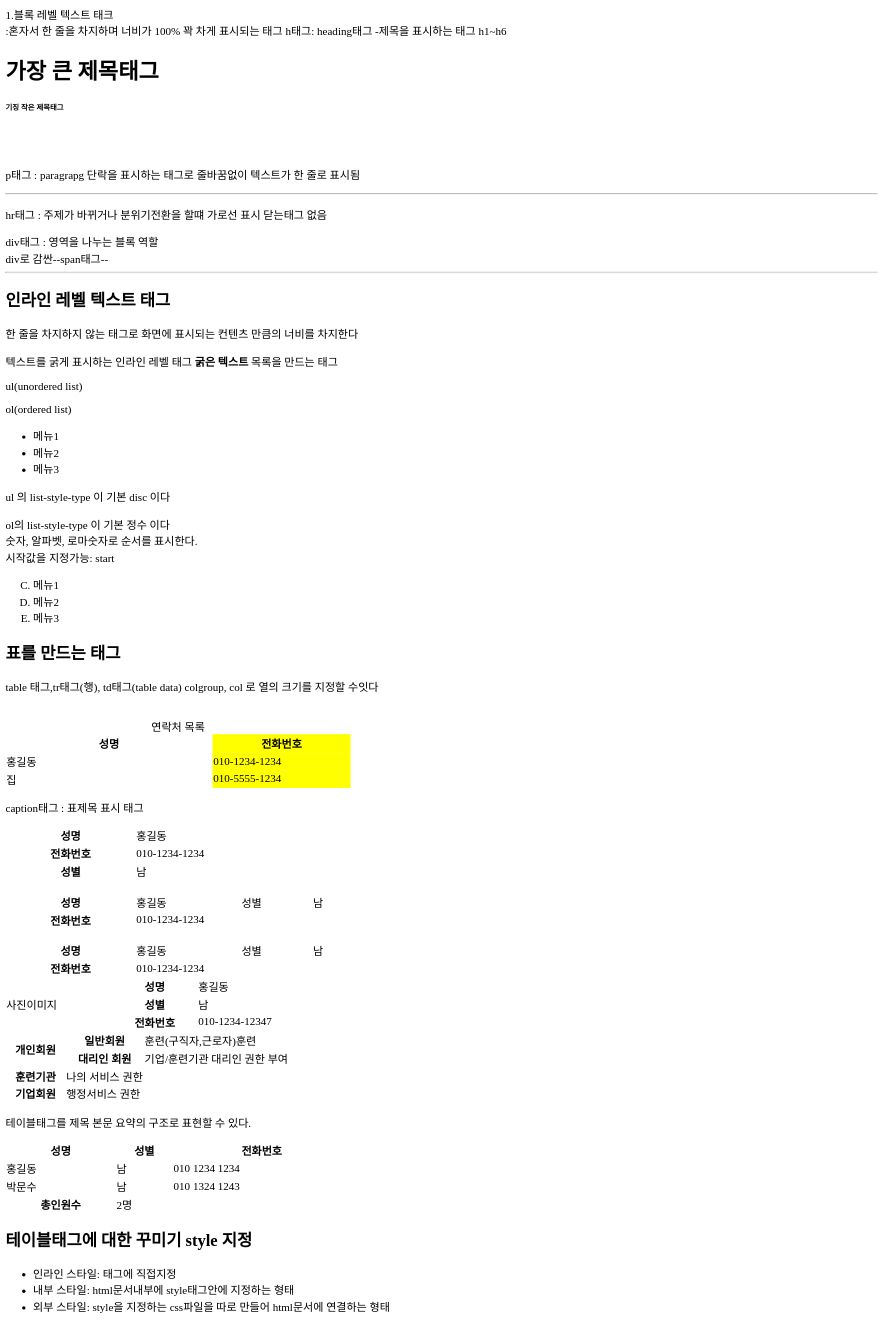
Repository: hana825/Web
Page: web/WebContent/index.html
The author's editor kept a copy of each file at every save. The page is drawn from the files as they stood at one save, then again after the next save.
The browser window is 1280 px wide. The pictures show the whole page, at 69% of full size.

Above is the page before, as saved 2022-03-17 08:00:33.

After the next save:
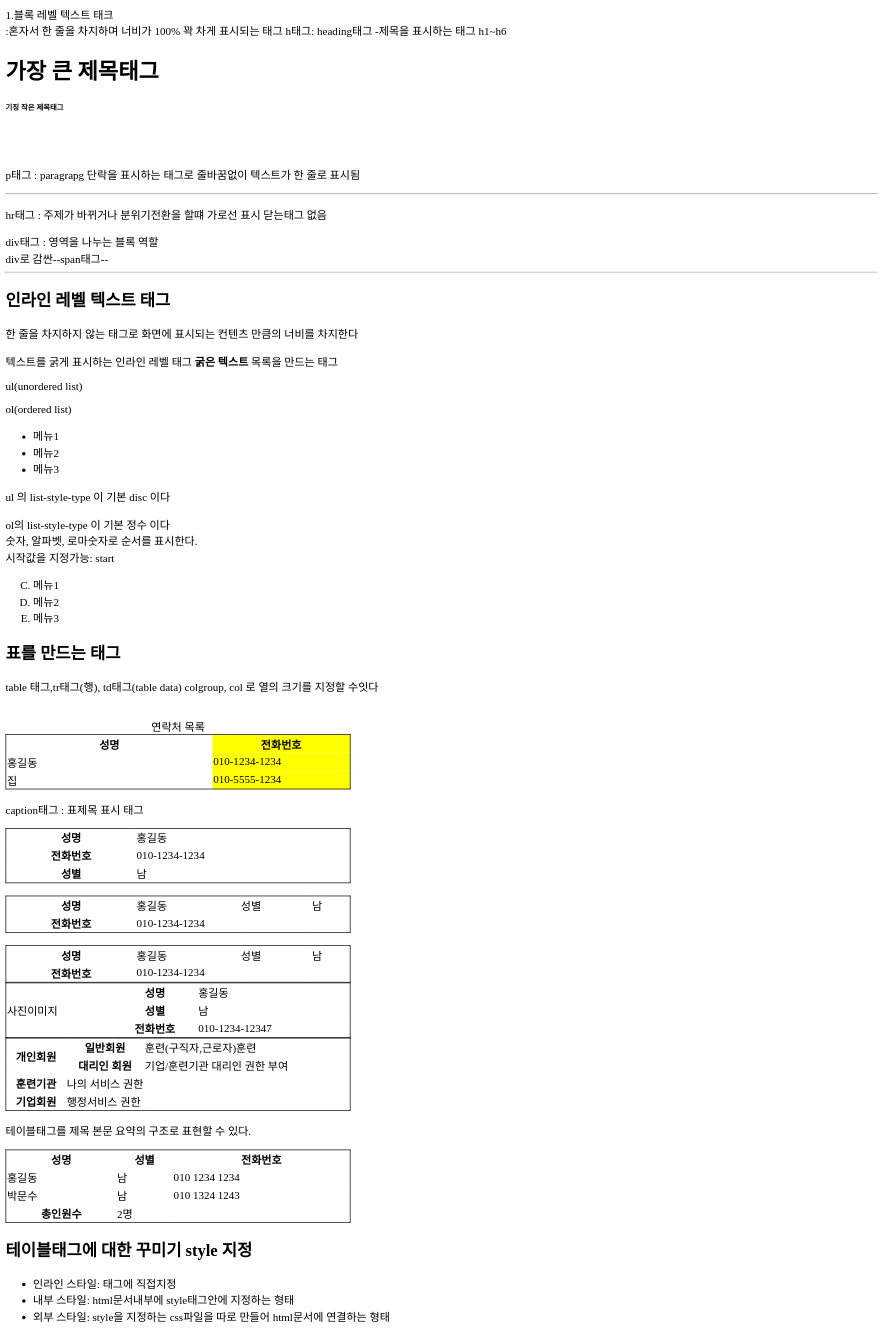
Saved 47 s later.
--- a/web/WebContent/index.html
+++ b/web/WebContent/index.html
@@ -7,7 +7,7 @@
 <style>
 table{width:500px;
 	  border-collapse: collapse;
-	  border: 1px;
+	  border: 1px solid;
 }
 </style>
 </head>
